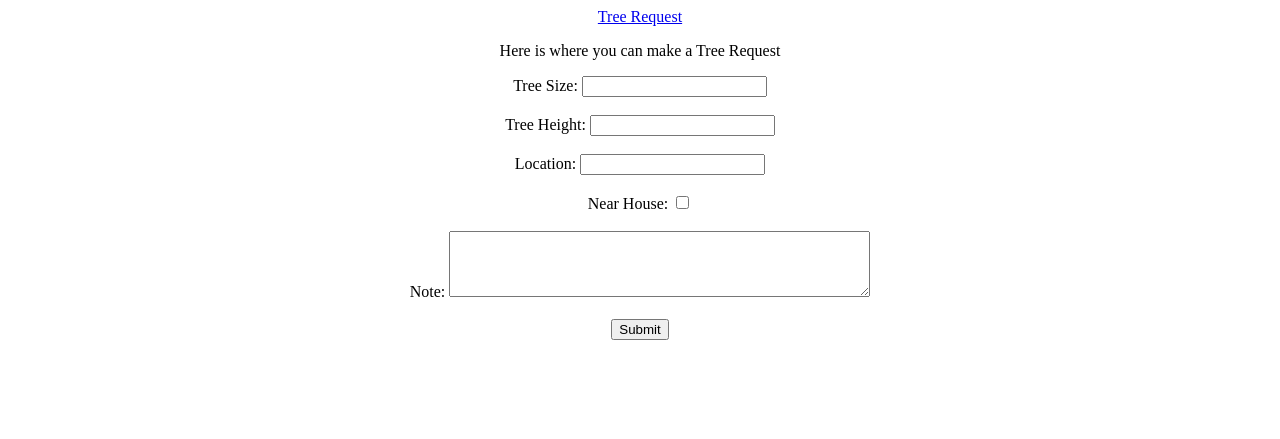
Repository: jrule5960/Tree-Cutting-Database
Page: http://localhost/database/processTreeRequest.jsp
The author's editor kept a copy of each file at every save. The page is drawn from the files as they stood at one save, then again after the next save.
The browser window is 1280 px wide. The pictures show the whole page.
The page is served by Tomcat 9.

Above is the page before, as saved 2023-11-06 17:16:59.

After the next save:
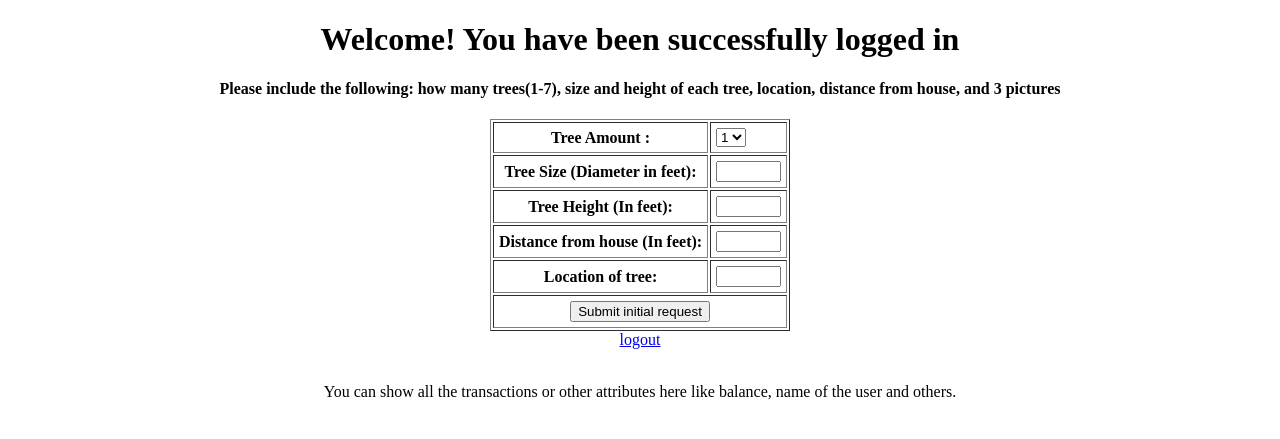
Saved 50 s later.
--- a/database/WebContent/processTreeRequest.jsp
+++ b/database/WebContent/processTreeRequest.jsp
@@ -1,38 +1,84 @@
-<%@ page language="java" contentType="text/html; charset=ISO-8859-1" pageEncoding="ISO-8859-1" %>
+<%@ page language="java" contentType="text/html; charset=ISO-8859-1"
+    pageEncoding="ISO-8859-1"%>
 <%@ taglib uri="http://java.sun.com/jsp/jstl/core" prefix="c" %>
+
 <!DOCTYPE html>
 <html>
 <head>
-    <meta charset="ISO-8859-1">
-    <title>Client page</title>
+<meta charset="ISO-8859-1">
+<title>Activity page</title>
 </head>
-<body>
+
+<center><h1>Welcome! You have been successfully logged in</h1> </center>
+
+	<center>
+	<h4>Please include the following: how many trees(1-7), size and height of each tree, location, distance from house, and 3 pictures	 </h4>
+	</center>
 
 
-    <center>
 
-    			<a href="processTreeRequest.jsp" target="_self">Tree Request</a>
+	<form action = "davidSmithDashboard.jsp" method = "post">
+	<center>
 
-            <p>Here is where you can make a Tree Request</p>
+		<table border="1" cellpadding="5">
+		<tr>
+			<th> Tree Amount : </th>
+			<td>
+			<select name= "tree_amt">
+				<option value ="1"> 1  </option>
+				<option value ="2"> 2  </option>
+				<option value ="3"> 3  </option>
+				<option value ="4"> 4  </option>
+				<option value ="5"> 5  </option>
+				<option value ="6"> 6  </option>
+				<option value ="7"> 7  </option>
+			</select>
+			</td>
+		</tr>
 
-        <form action="processTreeRequest.jsp" method="post">
-            <label for="treeSize">Tree Size:</label>
-            <input type="number" name="treeSize" required><br><br>
+		<tr>
+			<th> Tree Size (Diameter in feet): </th>
+			<td align="center" colspan="8">
+			<input type = "text" name = "tree_size" size = "5">
+			</td>
+		</tr>
 
-            <label for="treeHeight">Tree Height:</label>
-            <input type="number" name="treeHeight" required><br><br>
+		<tr>
+			<th> Tree Height (In feet): </th>
+			<td align="center" colspan="8">
+			<input type = "text" name = "tree_height" size = "5">
+			</td>
+		</tr>
 
-            <label for="location">Location:</label>
-            <input type="text" name="location" required><br><br>
+		<tr>
+			<th> Distance from house (In feet): </th>
+			<td align="center" colspan="8">
+			<input type = "text" name = "tree_distance" size = "5">
+			</td>
+		</tr>
 
-            <label for="nearHouse">Near House:</label>
-            <input type="checkbox" name="nearHouse"><br><br>
+		<tr>
+			<th> Location of tree: </th>
+			<td align="center" colspan="8">
+			<input type = "text" name = "tree_location" size = "5">
+			</td>
+		</tr>
 
-            <label for="note">Note:</label>
-            <textarea name="note" rows="4" cols="50"></textarea><br><br>
+		<tr>
+			<td align="center" colspan="8">
+			<input type = "submit" value = "Submit initial request">
+			</td>
+		</tr>
+		</center>
 
-            <input type="submit" value="Submit">
-        </form>
-    </center>
-</body>
+		</table>
+	</form>
+
+
+	<body>
+	 <center>
+		 <a href="login.jsp"target ="_self" > logout</a><br><br>
+		 <p> You can show all the transactions or other attributes here like balance, name of the user and others.</p>
+		 </center>
+	</body>
 </html>
